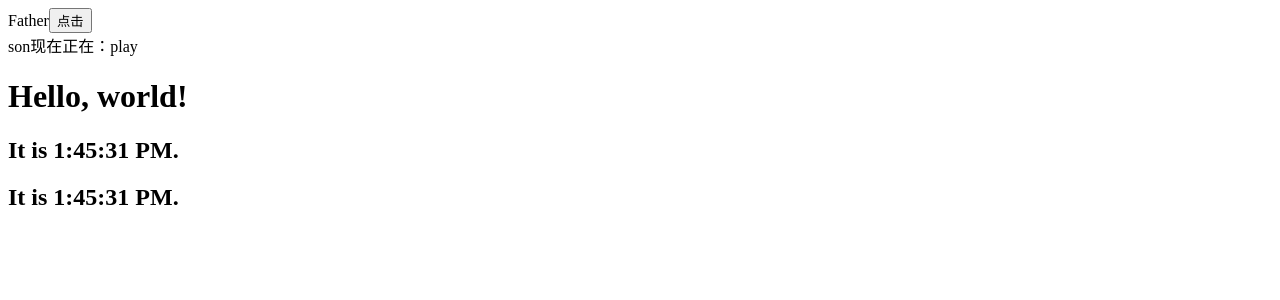
Repository: WanYouwen/react_study_code
Page: day01/01-基础/10-state-change.html
An editor plug-in stored every save of this project. The page is shown before and after the next save, followed by the edit.
The browser window is 1280 px wide. The pictures show the whole page.

Above is the page before, as saved 2020-08-11 16:43:28.

### day01/01-基础/10-state-change.html
<!DOCTYPE html>
<html lang="en">
  <head>
    <meta charset="UTF-8" />
    <meta name="viewport" content="width=device-width, initial-scale=1.0" />
    <meta http-equiv="X-UA-Compatible" content="ie=edge" />
    <title></title>
  </head>
  <body>
    <div id="app"></div>
  </body>
  <script src="../../base/react.min.js"></script>
  <script src="../../base/react-dom.min.js"></script>
  <script src="../../base//browser.min.js"></script>

  <script type="text/babel">
    /*
    总结：
      父子组件通信
        1. state定义在父组件中
        2. 父组件更改
        3. 父组件通过属性绑定 传递 数据给 子组件


        状态只和自己相关，由自己维护

        属性不要自己修改，可以从父组件获取，也可以子组件自己设置

        组件在运行时自己需要修改的数据其实就是状态而已

   */

    // var Father = React.createClass({
    //   getDefaultProps: function(){
    //     return {
    //       name: '张三'
    //     }
    //   },
    //   getInitialState: function(){
    //     return {
    //       doing: 'playing games'
    //     }
    //   },
    //   stateChange: function(){
    //     this.setState({
    //       doing: 'do homework'
    //     })
    //   },
    //   render: function(){
    //     return (
    //       <div>
    //         Father
    //         <button onClick = { this.stateChange } > 踢一脚 </button>
    //         老爸的名字是： { this.props.name }
    //         <hr/>
    //         <Son doing = { this.state.doing }></Son>
    //       </div>
    //     )
    //   }
    // })
    var Father = React.createClass({
      getDefaultProps() {
        return {
          name: 'zhangsan',
        };
      },
      getInitialState() {
        return {
          doing: 'play',
        };
      },
      stateChange() {
        this.setState({
          doing: 'do homework',
        });
      },
      render() {
        console.log(this, 'Father');
        return (
          <div>
            Father
            <button onClick={this.stateChange}>点击</button>
            <Son doing={this.state.doing}></Son>
            <Clock></Clock>
          </div>
        );
      },
    });

    var Son = React.createClass({
      render() {
        console.log(this, 'Son');
        return <div>son现在正在：{this.props.doing}</div>;
      },
    });

    // var Son = React.createClass({

    //   render: function(){
    //     return (
    //       <div>
    //         son现在正在： { this.props.doing }
    //       </div>
    //     )
    //   }
    // })
    // react 官网案例Clock
    class Clock extends React.Component {
      constructor(props) {
        super(props);
        this.state = { date: new Date() };
      }
      componentDidMount() {
        this.timerID = setInterval(() => this.tick(), 1000);
      }

      componentWillUnmount() {
        clearInterval(this.timerID);
      }
      tick() {
        this.setState({
          date: new Date(),
        });
      }

      render() {
        return (
          <div>
            <h1>Hello, world!</h1>
            <FormattedDate date={this.state.date} />
            <h2>It is {this.state.date.toLocaleTimeString()}.</h2>
          </div>
        );
      }
    }

    function FormattedDate(props) {
      // console.log(props, 'props');
      return <h2>It is {props.date.toLocaleTimeString()}.</h2>;
    }
    ReactDOM.render(<Father />, app);
  </script>
</html>

Loaded but not shown: base/react.min.js (library); base/react-dom.min.js (library); base/browser.min.js (library)

After the next save:
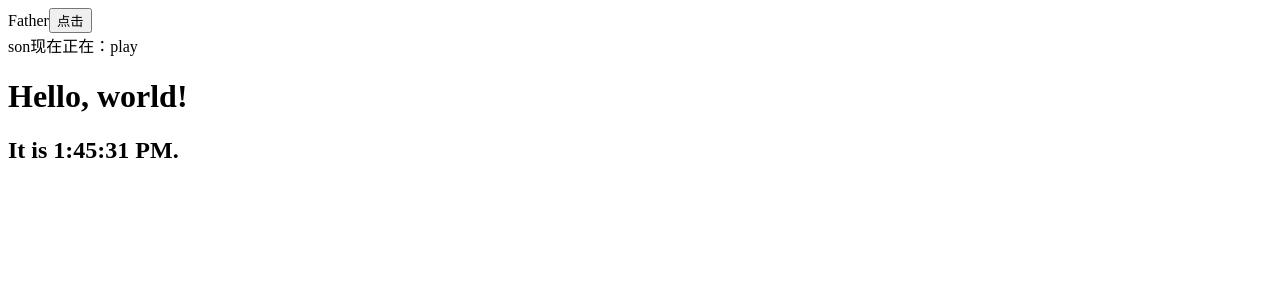
Saved 6 s later.
--- a/day01/01-基础/10-state-change.html
+++ b/day01/01-基础/10-state-change.html
@@ -128,7 +128,6 @@
           <div>
             <h1>Hello, world!</h1>
             <FormattedDate date={this.state.date} />
-            <h2>It is {this.state.date.toLocaleTimeString()}.</h2>
           </div>
         );
       }
